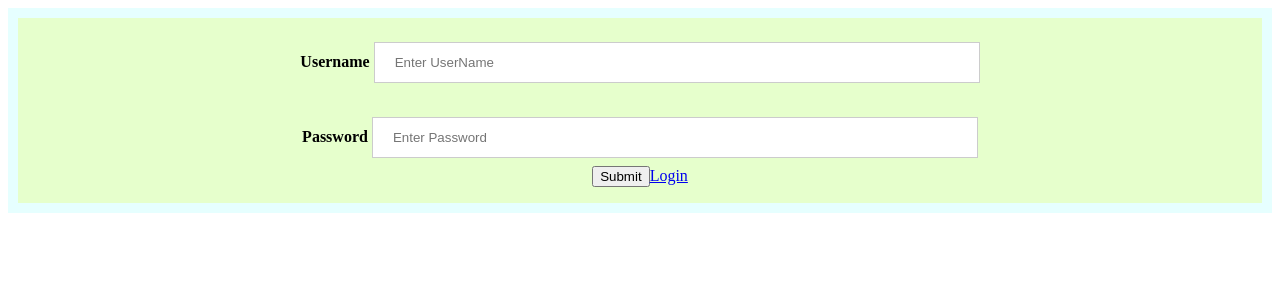
Repository: jagdishpatil18/JavaAdv
Page: Login_App/WebContent/index.html
An editor plug-in stored every save of this project. The page is shown before and after the next save, followed by the edit.
The browser window is 1280 px wide. The pictures show the whole page.

Above is the page before, as saved 2017-04-27 05:12:37.

### Login_App/WebContent/index.html
<!DOCTYPE html>
<html>
<head>
<meta charset="UTF-8">
<title>Index Page</title>
</head>
<style>
 form
 {

    border: 10px solid #e6ffff;
 }
 input[type=text], input[type=password]
 {
    width: 50%;
    padding: 12px 20px;
    margin: 8px 0;
    display: inline-block;
    border: 1px solid #ccc;
    box-sizing: border-box;
 }

 .container
 {

    padding: 16px;
   /*  width: 50%;
    height: 50% */
 }



</style>

<body>
<form action="ServletLogin" method="post">

<div class="container" style="background-color:#e6ffcc">
<center>
<label><b>Username</b></label>
<input type="text" placeholder="Enter UserName" name="username"><br></br>
<label><b>Password</b></label>
<input type="password" placeholder="Enter Password" name="password"> <br>

<input type="submit" ><a href="signup.html">Login</a>
</center>
</div>
</form>
</body>
</html>

After the next save:
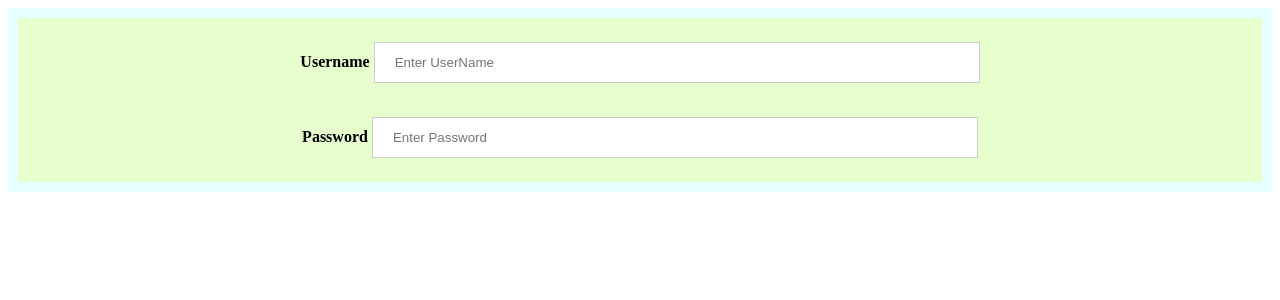
Saved 89 s later.
--- a/Login_App/WebContent/index.html
+++ b/Login_App/WebContent/index.html
@@ -42,7 +42,7 @@
 <label><b>Password</b></label>
 <input type="password" placeholder="Enter Password" name="password"> <br>
 
-<input type="submit" ><a href="signup.html">Login</a>
+ <a href="signup.html"><input type="Submit></a>
 </center>
 </div>
 </form>
